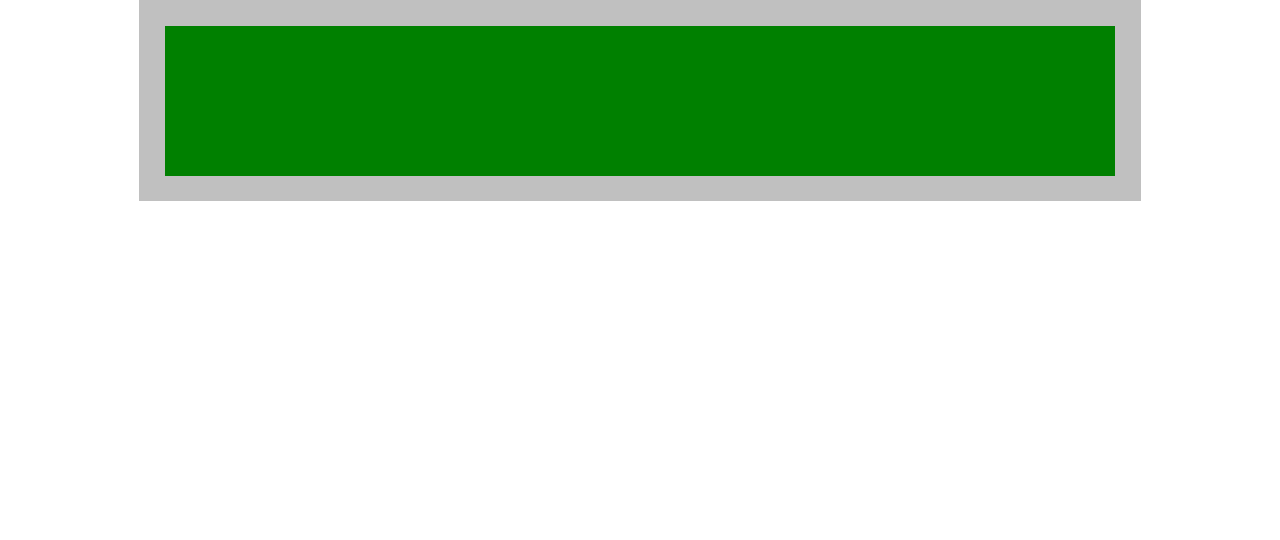
Repository: Fredy452/Fundamentos_de_la_Web
Page: Trabajos/Bloques/index.html
The author's editor kept a copy of each file at every save. The page is drawn from the files as they stood at one save, then again after the next save.
The browser window is 1280 px wide. The pictures show the whole page.

Above is the page before, as saved 2023-06-16 16:27:05.

After the next save:
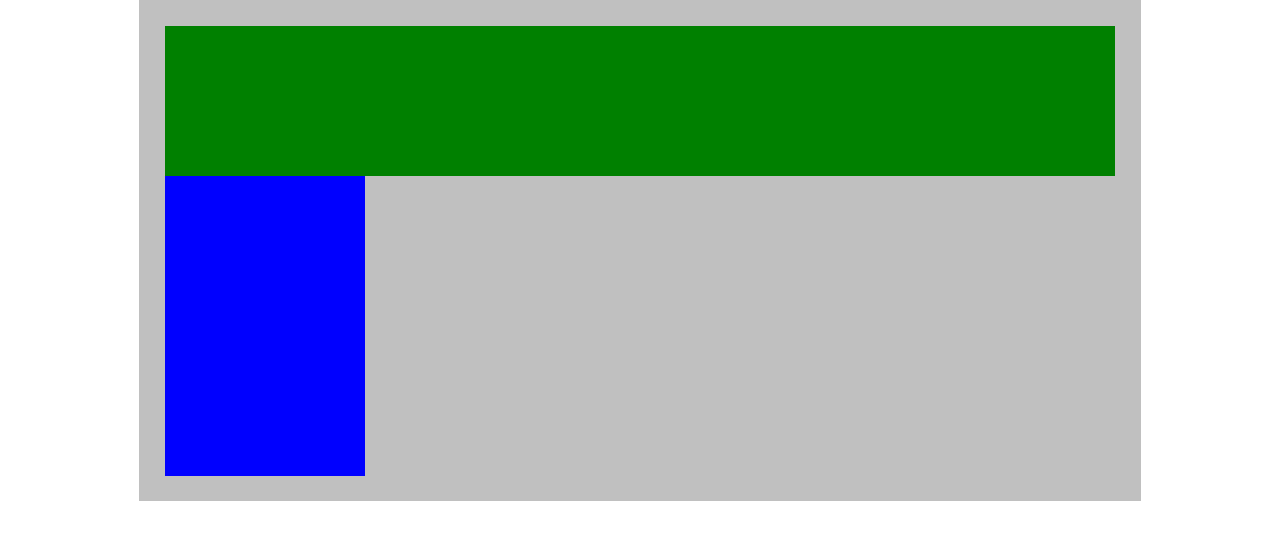
Saved 41 s later.
--- a/Trabajos/Bloques/style.css
+++ b/Trabajos/Bloques/style.css
@@ -13,3 +13,8 @@
     height: 150px;
     background-color: green;
 }
+.side-nav{
+    height: 300px;
+    width: 200px;
+    background-color:blue;
+}
